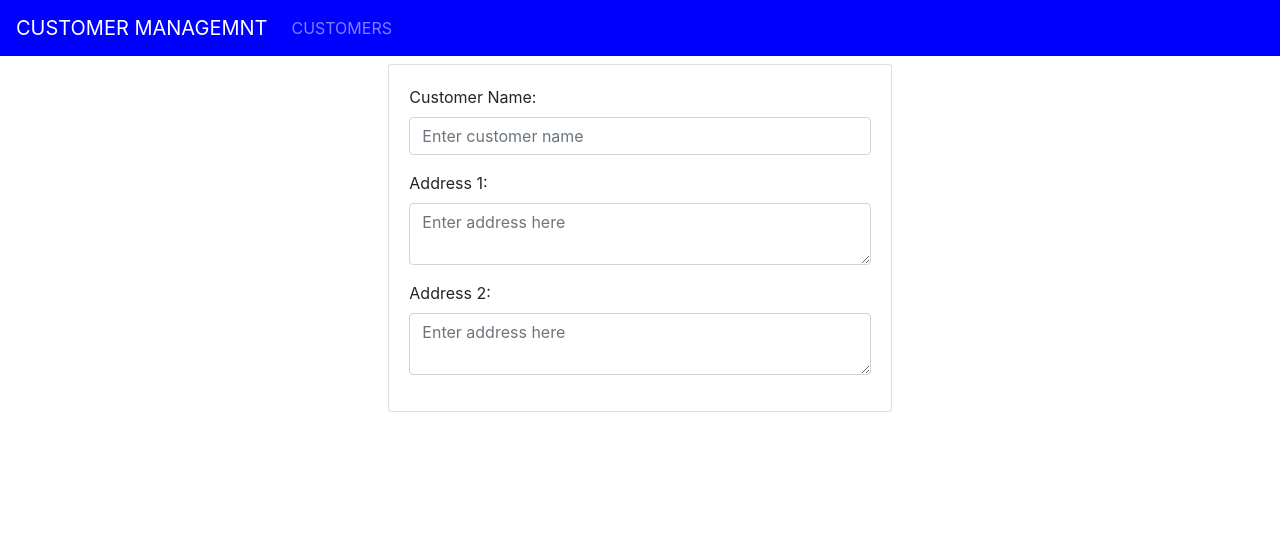
Repository: shruti-2522/webdirekt-assignment
Page: http://localhost/Customer-Project/customer-form.jsp
An editor plug-in stored every save of this project. The page is shown before and after the next save, followed by the edit.
The browser window is 1280 px wide. The pictures show the whole page.
The page is served by Tomcat 9. Other server files are loaded and not shown.

Above is the page before, as saved 2021-07-05 10:36:57.

### Customer-Project/src/main/webapp/customer-form.jsp
<%@ page language="java" contentType="text/html; charset=ISO-8859-1"
	pageEncoding="ISO-8859-1"%>
<!DOCTYPE html>
<html>
<head>
<meta charset="ISO-8859-1">
<title>Add Customer</title>
<link rel="stylesheet"
	href="https://cdn.jsdelivr.net/npm/bootstrap@4.5.3/dist/css/bootstrap.min.css"
	integrity="sha384-TX8t27EcRE3e/ihU7zmQxVncDAy5uIKz4rEkgIXeMed4M0jlfIDPvg6uqKI2xXr2"
	crossorigin="anonymous">
</head>
<body>

	<header>
		<nav class="navbar navbar-expand-md navbar-dark"
			style="background-color: blue">
			<div>
				<a class="navbar-brand">CUSTOMER MANAGEMNT</a>
			</div>

			<ul class="navbar-nav">
				<li><a href="<%=request.getContextPath()%>/list"
					class="nav-link">CUSTOMERS</a></li>
			</ul>
		</nav>


	</header>

	<div class="container col-md-5 mt-2">
		<div class="card">
			<div class="card-body">

				<fieldset class="form-group">
					<label>Customer Name:</label> <input type="text"
						class="form-control" placeholder="Enter customer name" name="name"
						required>
				</fieldset>


				<fieldset class="form-group">
					<label>Address 1:</label>
					<textarea class="form-control" name="addr1" placeholder="Enter address here" ></textarea>
			</fieldset>



				<fieldset class="form-group">
					<label>Address 2:</label>
					<textarea class="form-control" name="addr2" placeholder="Enter address here" ></textarea>
			</fieldset>



			</div>

		</div>
	</div>




</body>
</html>

After the next save:
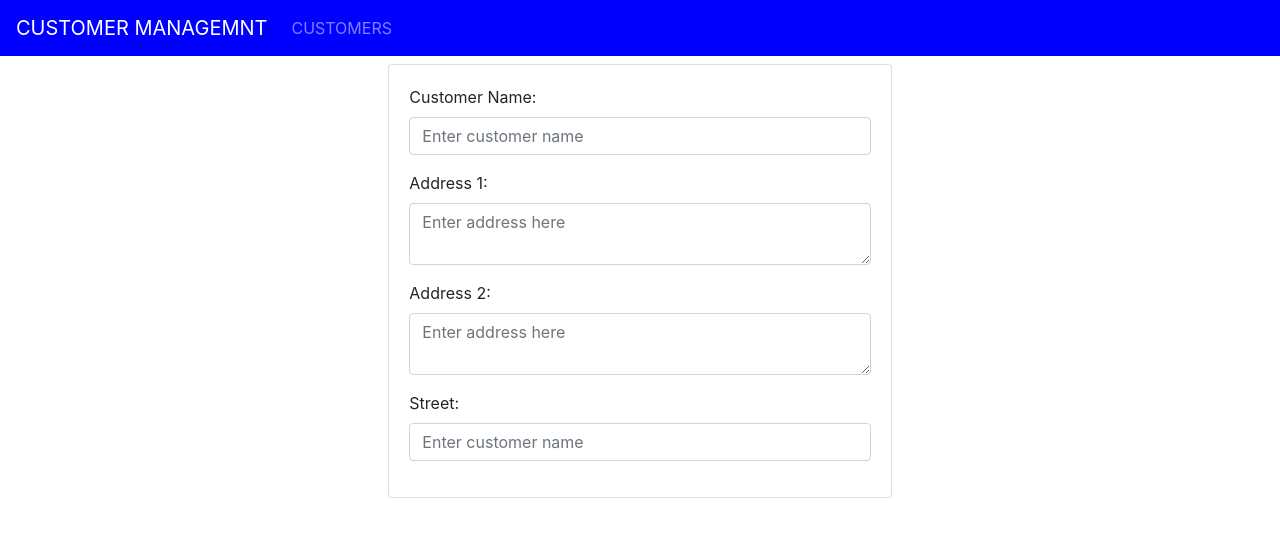
Saved 26 s later.
--- a/Customer-Project/src/main/webapp/customer-form.jsp
+++ b/Customer-Project/src/main/webapp/customer-form.jsp
@@ -51,6 +51,12 @@
 					<textarea class="form-control" name="addr2" placeholder="Enter address here" ></textarea>
 			</fieldset>
 
+			<fieldset class="form-group">
+					<label>Street:</label> <input type="text"
+						class="form-control" placeholder="Enter customer name" name="name"
+						required>
+				</fieldset>
+
 
 
 			</div>
